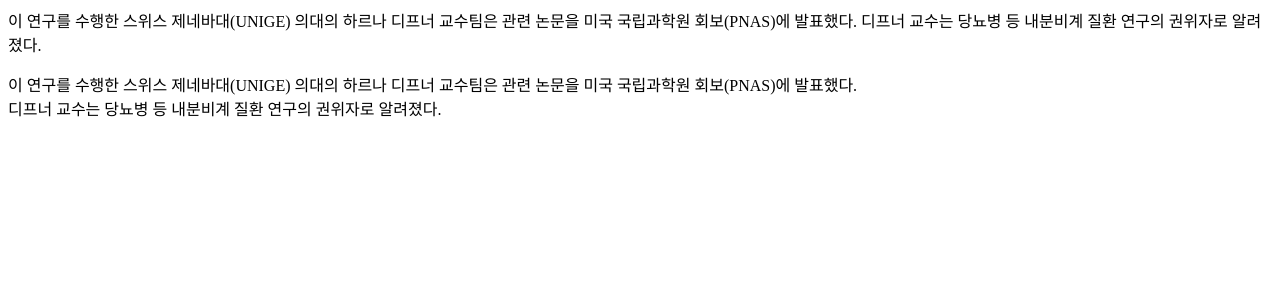
Repository: Rummikub/DBStudy
Page: HTMLProject2/WebContent/HTML/EXAM2.html
The author's editor kept a copy of each file at every save. The page is drawn from the files as they stood at one save, then again after the next save.
The browser window is 1280 px wide. The pictures show the whole page.

Above is the page before, as saved 2020-02-04 06:36:13.

### HTMLProject2/WebContent/HTML/EXAM2.html
<!DOCTYPE html PUBLIC "-//W3C//DTD HTML 4.01 Transitional//EN" "http://www.w3.org/TR/html4/loose.dtd">
<!--
	p, br, pre
	=> HTML 한줄 문자열
 -->
<html>
<head>
<meta http-equiv="Content-Type" content="text/html; charset=UTF-8">
<title>Insert title here</title>
</head>
<body>
    이 연구를 수행한 스위스 제네바대(UNIGE) 의대의 하르나 디프너 교수팀은 관련 논문을 미국 국립과학원 회보(PNAS)에 발표했다.
    디프너 교수는 당뇨병 등 내분비계 질환 연구의 권위자로 알려졌다.
    <p> 이 연구를 수행한 스위스 제네바대(UNIGE) 의대의 하르나 디프너 교수팀은 관련 논문을 미국 국립과학원 회보(PNAS)에 발표했다.<br>
    디프너 교수는 당뇨병 등 내분비계 질환 연구의 권위자로 알려졌다.
</body>
</html>

After the next save:
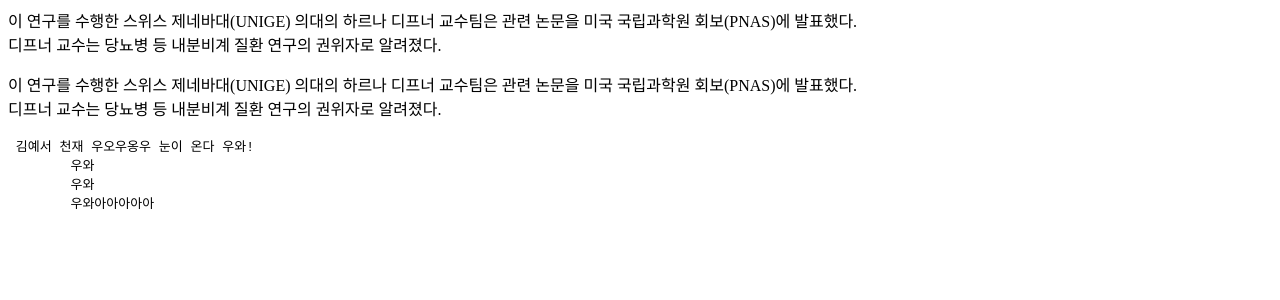
Saved 60 s later.
--- a/HTMLProject2/WebContent/HTML/EXAM2.html
+++ b/HTMLProject2/WebContent/HTML/EXAM2.html
@@ -9,9 +9,15 @@
 <title>Insert title here</title>
 </head>
 <body>
-    이 연구를 수행한 스위스 제네바대(UNIGE) 의대의 하르나 디프너 교수팀은 관련 논문을 미국 국립과학원 회보(PNAS)에 발표했다.
+    이 연구를 수행한 스위스 제네바대(UNIGE) 의대의 하르나 디프너 교수팀은 관련 논문을 미국 국립과학원 회보(PNAS)에 발표했다. <br>
     디프너 교수는 당뇨병 등 내분비계 질환 연구의 권위자로 알려졌다.
     <p> 이 연구를 수행한 스위스 제네바대(UNIGE) 의대의 하르나 디프너 교수팀은 관련 논문을 미국 국립과학원 회보(PNAS)에 발표했다.<br>
     디프너 교수는 당뇨병 등 내분비계 질환 연구의 권위자로 알려졌다.
+
+  <pre> 김예서 천재 우오우옹우 눈이 온다 우와!
+  	우와
+  	우와
+  	우와아아아아아
+  </pre>
 </body>
 </html>
